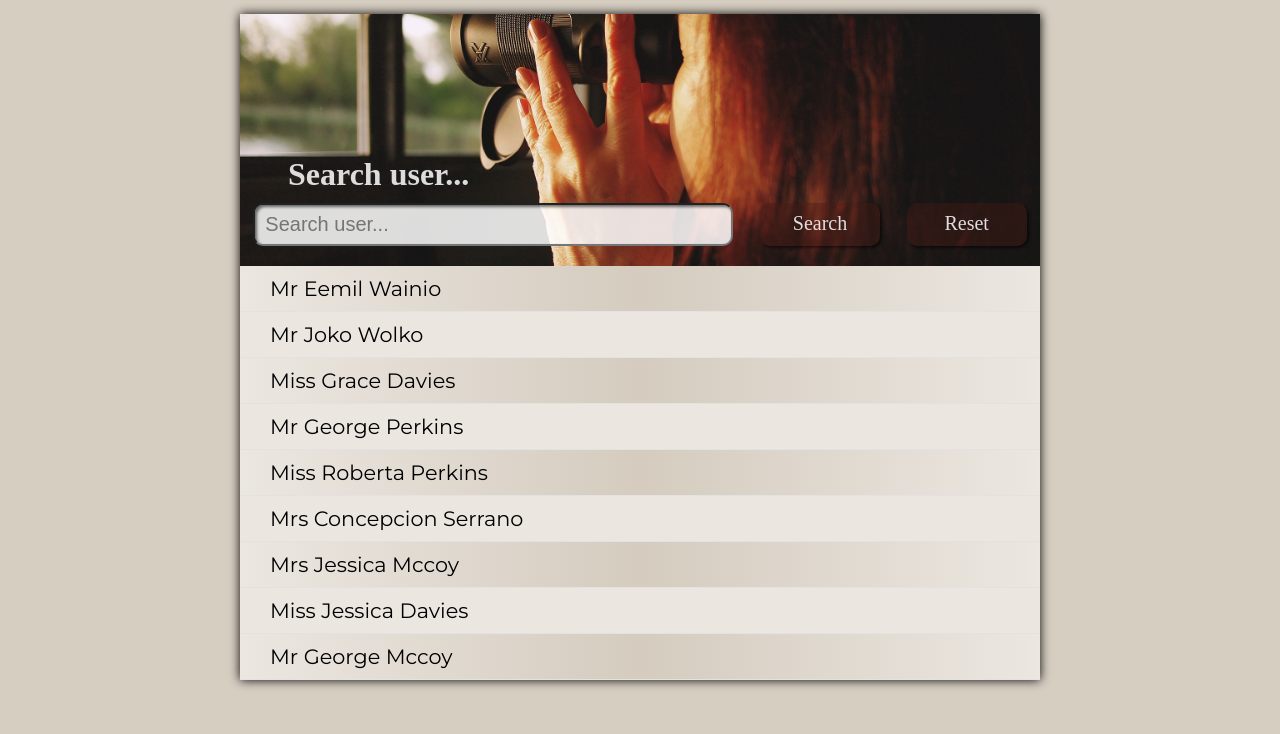
Repository: KrzysKolo/sr_tydzien5_zad4
Page: /
These files come from the project's save history. The page is drawn as it stood at one moment and after the next save; the edit follows.
The browser window is 1280 px wide. The pictures show the whole page.
Some web fonts or font styles are not loaded; a fallback is used. The project was rebuilt for these pictures with package versions that can differ from the ones it lists, and the page was loaded fresh each time.

Above is the page before, as saved 2021-01-07 03:01:35.

After the next save:
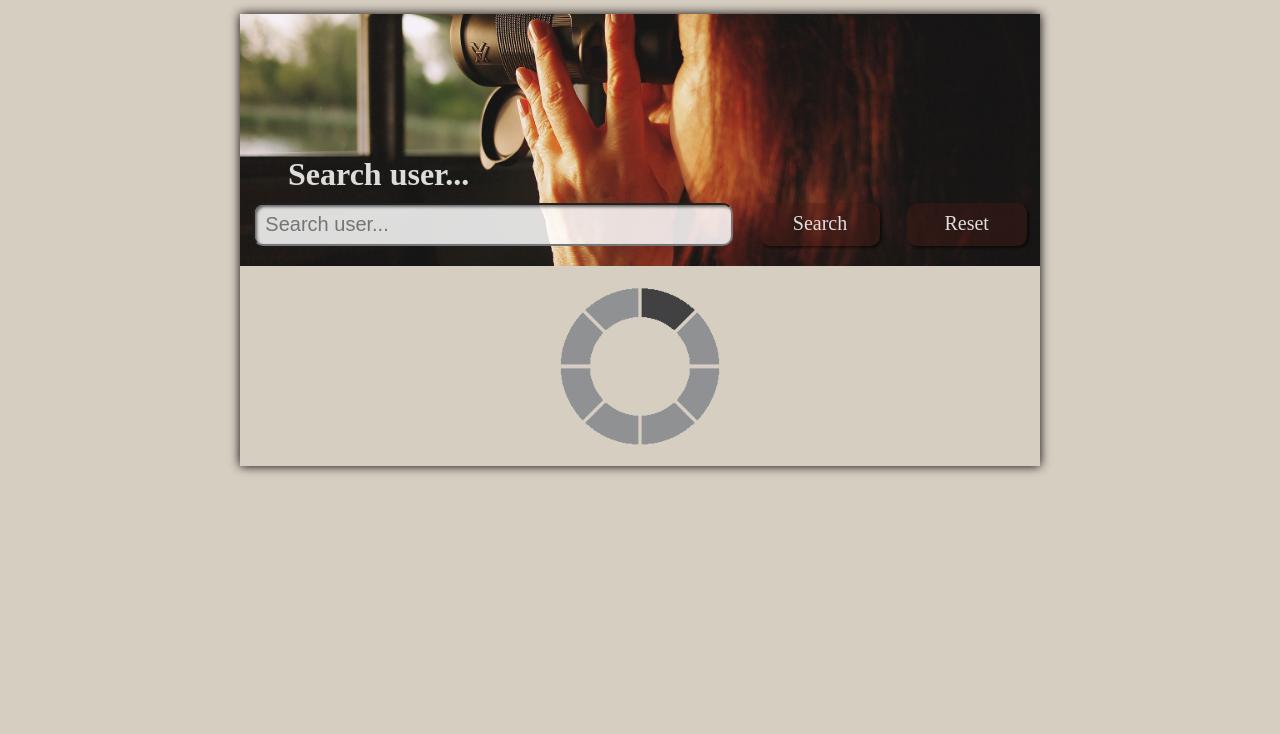
Saved 75 s later.
--- a/src/components/userComponents/UserList.js
+++ b/src/components/userComponents/UserList.js
@@ -8,11 +8,11 @@
   const user = users.map(user => {
         return <UserDetails key={user.id} user={user} />
     })
-  return (
+  return isLoading ?(
     <ul>
       {user}
     </ul>
-  )
+  ) : (<Loading />)
 }
 
 export default UserList;

After the 2 saves that followed:
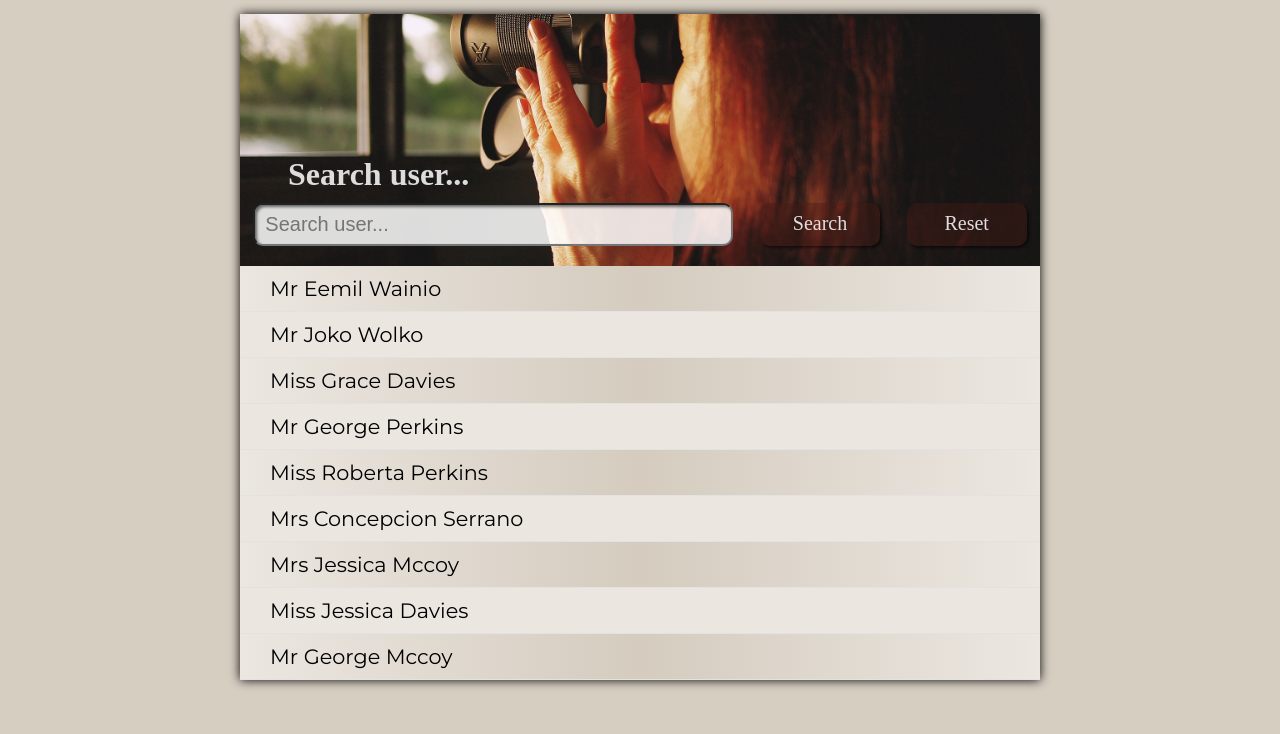
The 2 saves are shown as one change because 1 left the picture as it was.
The last was saved 92 s later.
--- a/src/components/userComponents/UserList.js
+++ b/src/components/userComponents/UserList.js
@@ -8,11 +8,11 @@
   const user = users.map(user => {
         return <UserDetails key={user.id} user={user} />
     })
-  return isLoading ?(
+  return isLoading ? <Loading /> :(
     <ul>
       {user}
     </ul>
-  ) : (<Loading />)
+  )
 }
 
 export default UserList;
